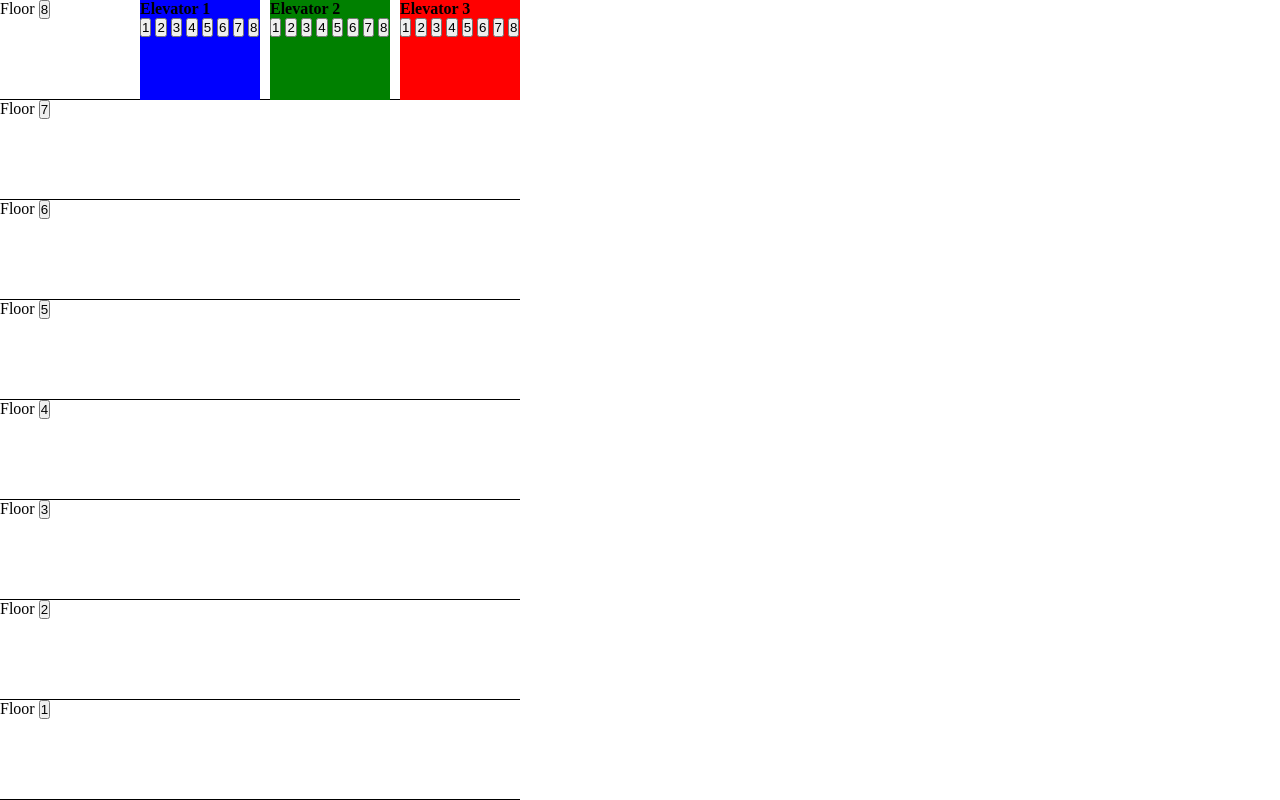
Repository: DaNiels89/elevators
Page: move.html
These files come from the project's save history. The page is drawn as it stood at one moment and after the next save; the edit follows.
The browser window is 1280 px wide. The pictures show the whole page.

Above is the page before, as saved 2020-02-21 10:24:45.

### move.html
<!DOCTYPE html>
<html lang="en">
  <head>
    <meta charset="utf-8" />
    <title>JQ</title>
    <script src="https://ajax.googleapis.com/ajax/libs/jquery/3.3.1/jquery.min.js"></script>
    <script type="text/javascript" src="move.js"></script>
  </head>

  <body>
    <div id="my-container">
      <div class="elevator" id="elevator1">
        <h4>Elevator 1</h4>
        <button class="btn click-me1" id="click-me1">
          1
        </button>
        <button class="btn click-me1" id="click-me2">
          2
        </button>
        <button class="btn click-me1" id="click-me3">
          3
        </button>
        <button class="btn click-me1" id="click-me4">
          4
        </button>
        <button class="btn click-me1" id="click-me5">
          5
        </button>
        <button class="btn click-me1" id="click-me6">
          6
        </button>
        <button class="btn click-me1" id="click-me7">
          7
        </button>
        <button class="btn click-me1" id="click-me8">
          8
        </button>
      </div>
      <div class="elevator" id="elevator2">
        <h4>Elevator 2</h4>
        <button class="btn click-me2" id="click-me1">
          1
        </button>
        <button class="btn click-me2" id="click-me2">
          2
        </button>
        <button class="btn click-me2" id="click-me3">
          3
        </button>
        <button class="btn click-me2" id="click-me4">
          4
        </button>
        <button class="btn click-me2" id="click-me5">
          5
        </button>
        <button class="btn click-me2" id="click-me6">
          6
        </button>
        <button class="btn click-me2" id="click-me7">
          7
        </button>
        <button class="btn click-me2" id="click-me8">
          8
        </button>
      </div>
      <div class="elevator" id="elevator3">
        <h4>Elevator 3</h4>
        <button class="btn click-me3" id="click-me1">
          1
        </button>
        <button class="btn click-me3" id="click-me2">
          2
        </button>
        <button class="btn click-me3" id="click-me3">
          3
        </button>
        <button class="btn click-me3" id="click-me4">
          4
        </button>
        <button class="btn click-me3" id="click-me5">
          5
        </button>
        <button class="btn click-me3" id="click-me6">
          6
        </button>
        <button class="btn click-me3" id="click-me7">
          7
        </button>
        <button class="btn click-me3" id="click-me8">
          8
        </button>
      </div>

      <div class="floor" id="floor8">
        <span>Floor </span>
        <button class="btn click-me" id="click-me8">
          8
        </button>
      </div>
      <div class="floor" id="floor7">
        <span>Floor </span>
        <button class="btn click-me" id="click-me7">
          7
        </button>
      </div>
      <div class="floor" id="floor6">
        <span>Floor </span>
        <button class="btn click-me" id="click-me6">
          6
        </button>
      </div>
      <div class="floor" id="floor5">
        <span>Floor </span>
        <button class="btn click-me" id="click-me5">
          5
        </button>
      </div>
      <div class="floor" id="floor4">
        <span>Floor </span>
        <button class="btn click-me" id="click-me4">
          4
        </button>
      </div>
      <div class="floor" id="floor3">
        <span>Floor </span>
        <button class="btn click-me" id="click-me3">
          3
        </button>
      </div>
      <div class="floor" id="floor2">
        <span>Floor </span>
        <button class="btn click-me" id="click-me2">
          2
        </button>
      </div>
      <div class="floor" id="floor1">
        <span>Floor </span>
        <button class="btn click-me" id="click-me1">
          1
        </button>
      </div>
    </div>
  </body>

  <style>
    * {
      margin: 0;
      padding: 0;
    }
    #my-container {
      height: auto;
      width: 520px;
    }

    .elevator {
      height: 100px;
      width: 120px;
      top: 0;
      position: fixed;
      transition: top 1s, left 1s;
    }

    #elevator1 {
      background-color: blue;
      left: 140px;
    }

    #elevator2 {
      background-color: green;
      left: 270px;
    }

    #elevator3 {
      background-color: red;
      left: 400px;
    }

    .floor {
      height: 99px;
      vertical-align: top;
      border-bottom: 1px solid black;
    }
  </style>
</html>

### move.js
$(document).ready(function() {
  class Elevator {
    constructor(selector) {
      this.jq = $(selector);
      this.floor = 8;
    }
  }

  elevator1 = new Elevator('#elevator1');
  elevator2 = new Elevator('#elevator2');
  elevator3 = new Elevator('#elevator3');
  const floors = 8;

  function heightFor(floorNumber) {
    return floors * 100 - parseInt(floorNumber) * 100 + 'px';
  }

  let speed = 500;
  $(document).keydown(function(e) {
    if (parseInt(e.key) > 0 && parseInt(e.key) <= floors) {
      elevator1.jq.css('top', heightFor(e.key));
      elevator2.jq.css('top', heightFor(e.key));
      elevator3.jq.css('top', heightFor(e.key));
    }

    // if (e.key == '1') {
    //   elevator.css('top', '400px');
    // } else if (e.key == '2') {
    //   elevator.css('top', '300px');
    // } else if (e.key == '3') {
    //   elevator.css('top', '200px');
    // } else if (e.key == '4') {
    //   elevator.css('top', '100px');
    // } else if (e.key == '5') {
    //   elevator.css('top', '0px');
    // }
  });

  function moveElevator(elevator, element) {
    let floorHeight = 800 - floorFor(element) * 100;
    elevator.jq.css({ top: floorHeight + 'px' });
    elevator.floor = floorFor(element);
    console.log(elevator);
  }

  function floorFor(element) {
    return parseInt($(element).html());
  }

  $('.click-me1').click(function(e) {
    moveElevator(elevator1, this);
  });

  $('.click-me2').click(function(e) {
    moveElevator(elevator2, this);
  });

  $('.click-me3').click(function(e) {
    moveElevator(elevator3, this);
  });

  const elevators = [elevator1, elevator2, elevator3];

  function randomElevator() {
    return elevators[Math.floor(Math.random() * elevators.length)];
  }

  function closestElevator(element) {
    let targetFloor = floorFor(element);
    let chosenElevator = elevators[0];
    elevators.forEach(function(elevator) {
      let currentDistance = Math.abs(elevator.floor - targetFloor);
      let chosenDistance = Math.abs(chosenElevator.floor - targetFloor);
      if (currentDistance < chosenDistance) {
        chosenElevator = elevator;
      }
    });
    return chosenElevator;
  }

  $('.click-me').click(function(event) {
    moveElevator(closestElevator(this), this);
  });

  // $('.floor').click(function(e) {
  //   let randomNumber = Math.round(Math.random() * 100)
  //   if (lowerOne <= 33) {
  //     $('.click-me1').click(function(e) {
  //       let floorHeight = 800 - parseInt($(this).html()) * 100;
  //       elevator1.css({ top: floorHeight + 'px' });
  //     });
  //   } else if (lowerOne <= 67) {
  //     $('.click-me2').click(function(e) {
  //       let floorHeight = 800 - parseInt($(this).html()) * 100;
  //       elevator2.css({ top: floorHeight + 'px' });
  //     });
  //   } else {
  //     $('.click-me3').click(function(e) {
  //       let floorHeight = 800 - parseInt($(this).html()) * 100;
  //       elevator3.css({ top: floorHeight + 'px' });
  //   }
  // });
  // $('#click-me1').click(function(e) {
  //   elevator.css({ top: '550px' });
  // });
  // $('#click-me2').click(function(e) {
  //   elevator.css({ top: '420px' });
  // });
  // $('#click-me3').click(function(e) {
  //   elevator.css({ top: '290px' });
  // });
  // $('#click-me4').click(function(e) {
  //   elevator.css({ top: '160px' });
  // });
  // $('#click-me5').click(function(e) {
  //   elevator.css({ top: '30px' });
  // });
});

After the next save:
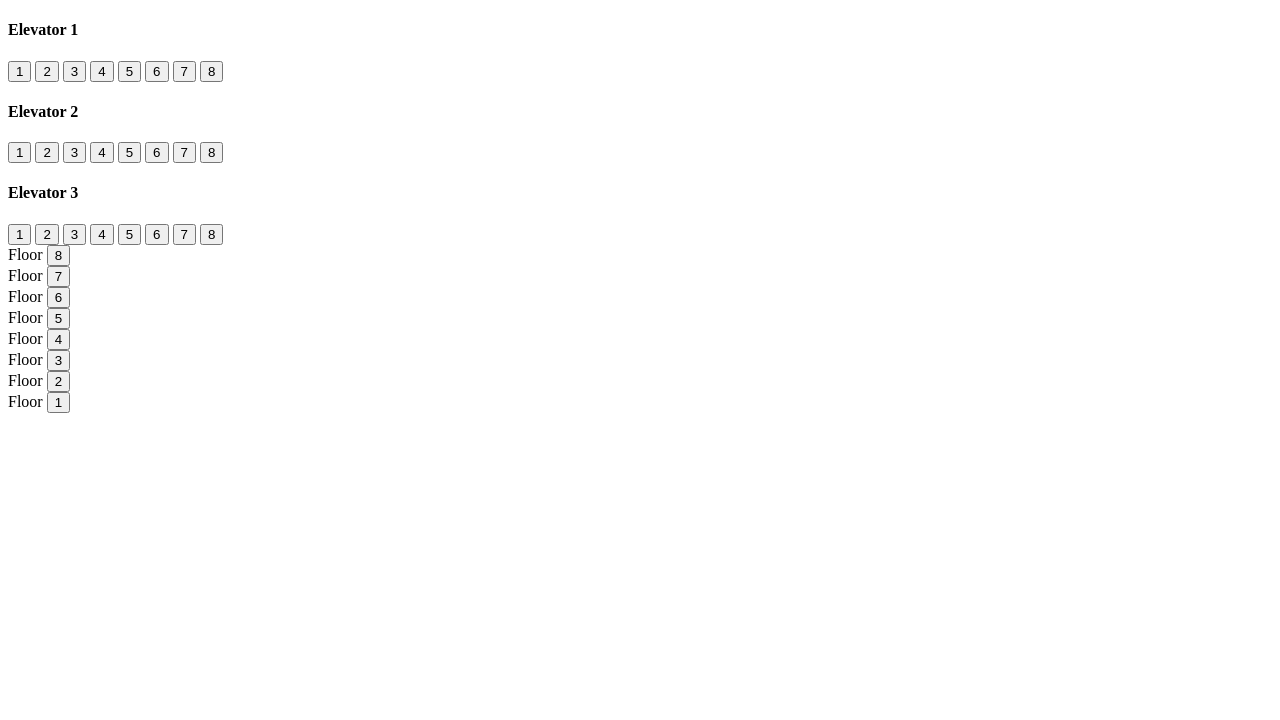
Saved 10 min 21 s later.
--- a/move.html
+++ b/move.html
@@ -141,44 +141,4 @@
       </div>
     </div>
   </body>
-
-  <style>
-    * {
-      margin: 0;
-      padding: 0;
-    }
-    #my-container {
-      height: auto;
-      width: 520px;
-    }
-
-    .elevator {
-      height: 100px;
-      width: 120px;
-      top: 0;
-      position: fixed;
-      transition: top 1s, left 1s;
-    }
-
-    #elevator1 {
-      background-color: blue;
-      left: 140px;
-    }
-
-    #elevator2 {
-      background-color: green;
-      left: 270px;
-    }
-
-    #elevator3 {
-      background-color: red;
-      left: 400px;
-    }
-
-    .floor {
-      height: 99px;
-      vertical-align: top;
-      border-bottom: 1px solid black;
-    }
-  </style>
 </html>

After the 3 saves that followed:
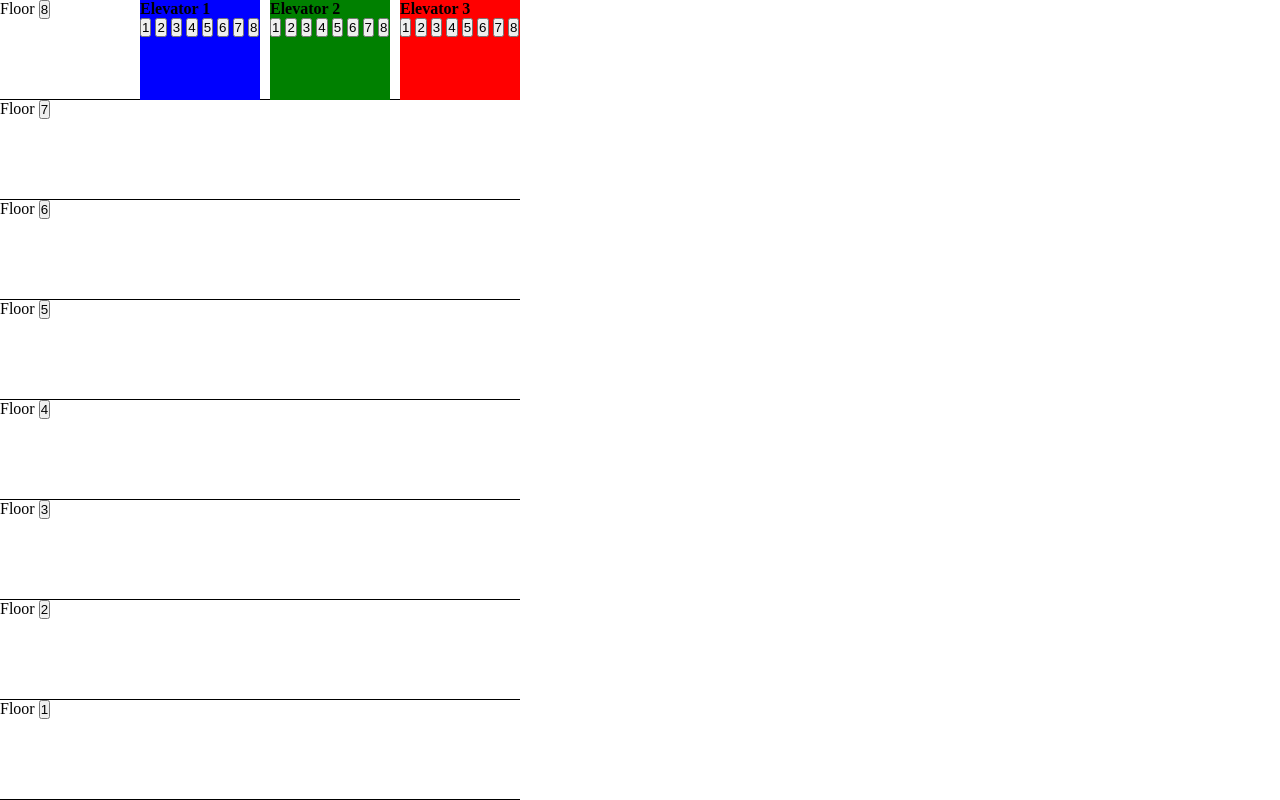
The 3 saves are shown as one change because 1 left the picture as it was and some came seconds apart.
The last was saved 54 s later.
--- a/move.html
+++ b/move.html
@@ -3,6 +3,7 @@
   <head>
     <meta charset="utf-8" />
     <title>JQ</title>
+    <link rel="stylesheet" href="css/styles.css" />
     <script src="https://ajax.googleapis.com/ajax/libs/jquery/3.3.1/jquery.min.js"></script>
     <script type="text/javascript" src="move.js"></script>
   </head>
--- /dev/null
+++ b/css/styles.css
@@ -0,0 +1,37 @@
+* {
+  margin: 0;
+  padding: 0;
+}
+#my-container {
+  height: auto;
+  width: 520px;
+}
+
+.elevator {
+  height: 100px;
+  width: 120px;
+  top: 0;
+  position: fixed;
+  transition: top 1s, left 1s;
+}
+
+#elevator1 {
+  background-color: blue;
+  left: 140px;
+}
+
+#elevator2 {
+  background-color: green;
+  left: 270px;
+}
+
+#elevator3 {
+  background-color: red;
+  left: 400px;
+}
+
+.floor {
+  height: 99px;
+  vertical-align: top;
+  border-bottom: 1px solid black;
+}
